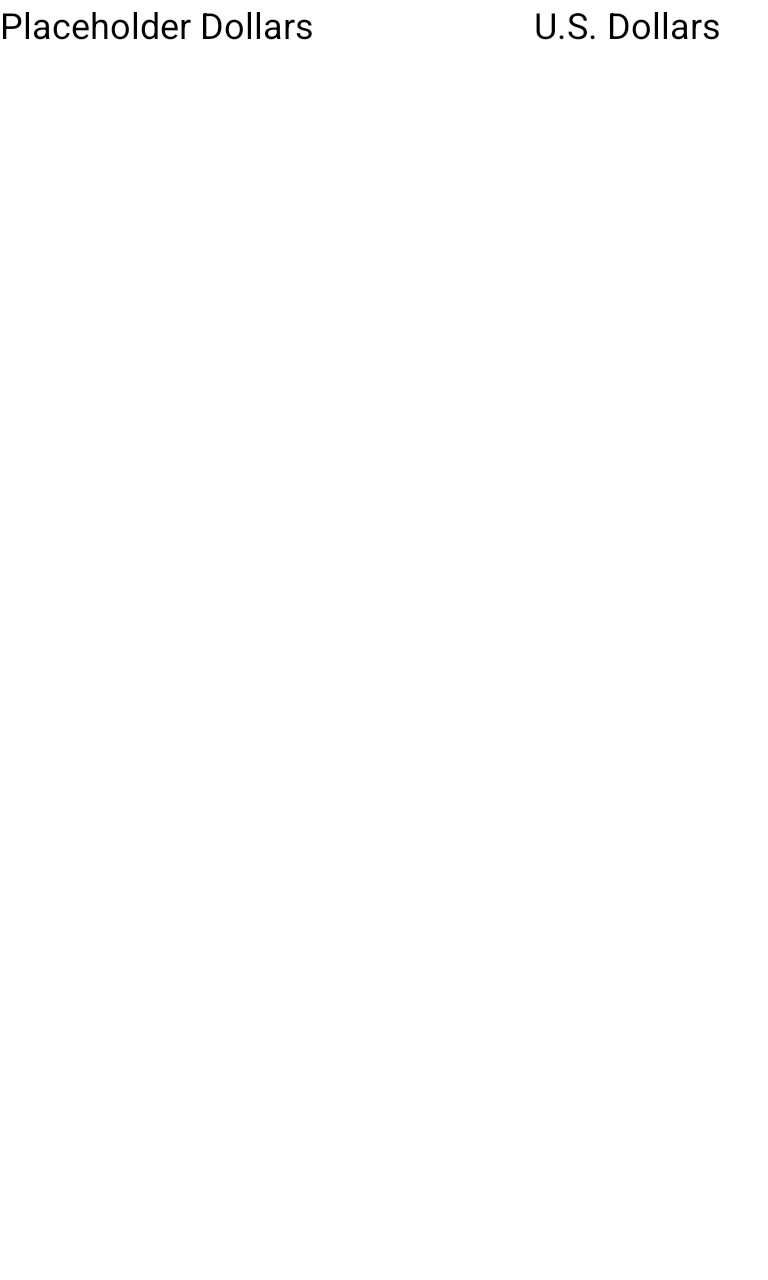
Repository: scottcaruso/mdf3_currencyconverter
Layout: CurrencyConverter/res/layout/activity_currency.xml
These files come from the project's save history. The layout is drawn as it stood at one moment and after the next save; the edit follows.
It is drawn on a 768 x 1280 px phone screen (xhdpi) without system bars, with theme AppTheme; the app's code is not run.

Above is the layout before, as saved 2013-09-06 03:46:55.

### CurrencyConverter/res/layout/activity_currency.xml
<LinearLayout xmlns:android="http://schemas.android.com/apk/res/android"
    xmlns:tools="http://schemas.android.com/tools"
    android:layout_width="match_parent"
    android:layout_height="match_parent" >

    <LinearLayout
        android:layout_width="wrap_content"
        android:layout_height="wrap_content"
        android:gravity="center"
        android:orientation="horizontal" >

	    <TextView
	        android:id="@+id/TextView01"
	        android:layout_width="wrap_content"
	        android:layout_height="wrap_content"
	        android:layout_marginRight="110dp"
	        android:text="@string/placeholder_dollars"
	        android:textAppearance="?android:attr/textAppearanceMedium" />

	    <TextView
	        android:id="@+id/textView1"
	        android:layout_width="wrap_content"
	        android:layout_height="wrap_content"
	        android:layout_marginRight="20dp"
	        android:text="@string/u_s_dollars"
	        android:textAppearance="?android:attr/textAppearanceMedium" />
	</LinearLayout>

</LinearLayout>

### CurrencyConverter/res/values/strings.xml
<?xml version="1.0" encoding="utf-8"?>
<resources>

    <string name="app_name">Currency Converter</string>
    <string name="action_settings">Settings</string>
    <string name="hello_world">Hello world!</string>
    <string name="u_s_dollars">U.S. Dollars</string>
    <string name="placeholder_dollars">Placeholder Dollars</string>

</resources>

Loaded but not shown: CurrencyConverter/res/values/styles.xml (common file); CurrencyConverter/res/values-v11/styles.xml (common file); CurrencyConverter/res/values-v14/styles.xml (common file)

After the next save:
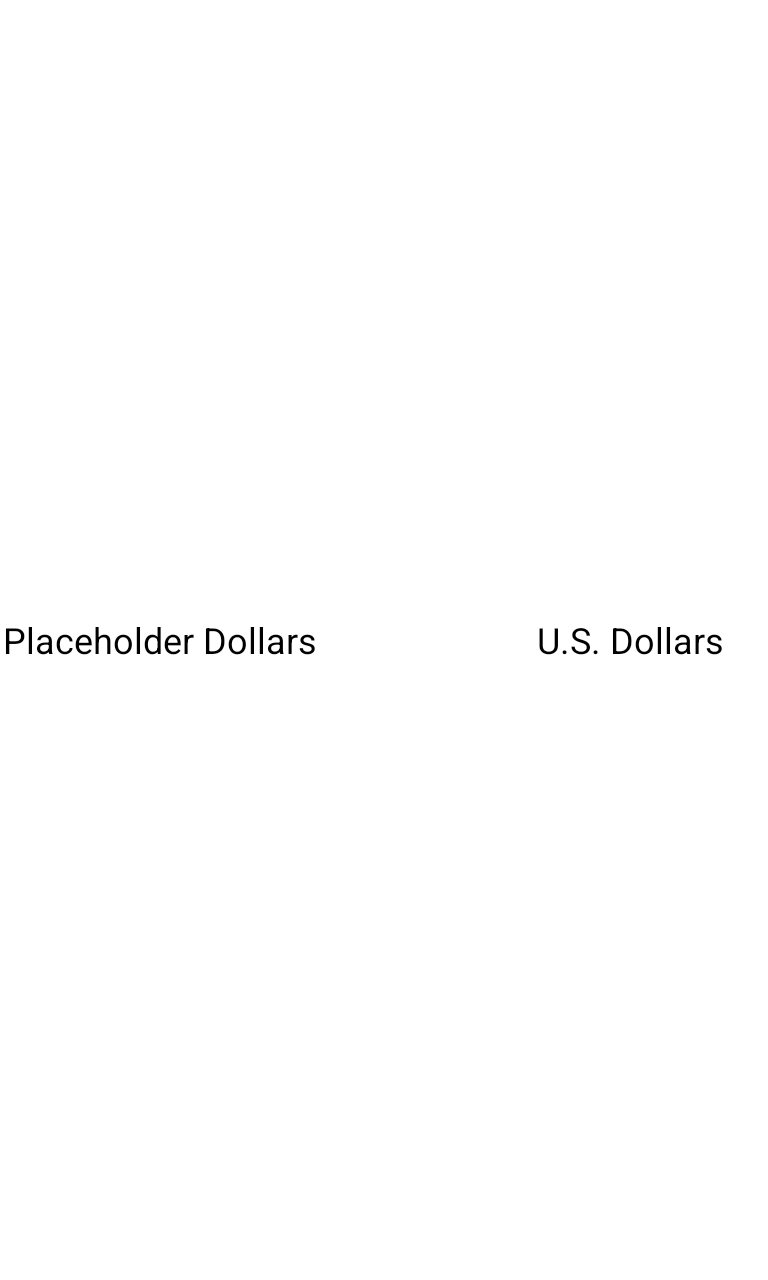
Saved 2 min 39 s later.
--- a/CurrencyConverter/res/layout/activity_currency.xml
+++ b/CurrencyConverter/res/layout/activity_currency.xml
@@ -1,7 +1,9 @@
 <LinearLayout xmlns:android="http://schemas.android.com/apk/res/android"
     xmlns:tools="http://schemas.android.com/tools"
     android:layout_width="match_parent"
-    android:layout_height="match_parent" >
+    android:layout_height="match_parent"
+    android:layout_gravity="center_horizontal"
+    android:gravity="center" >
 
     <LinearLayout
         android:layout_width="wrap_content"

After the 2 saves that followed:
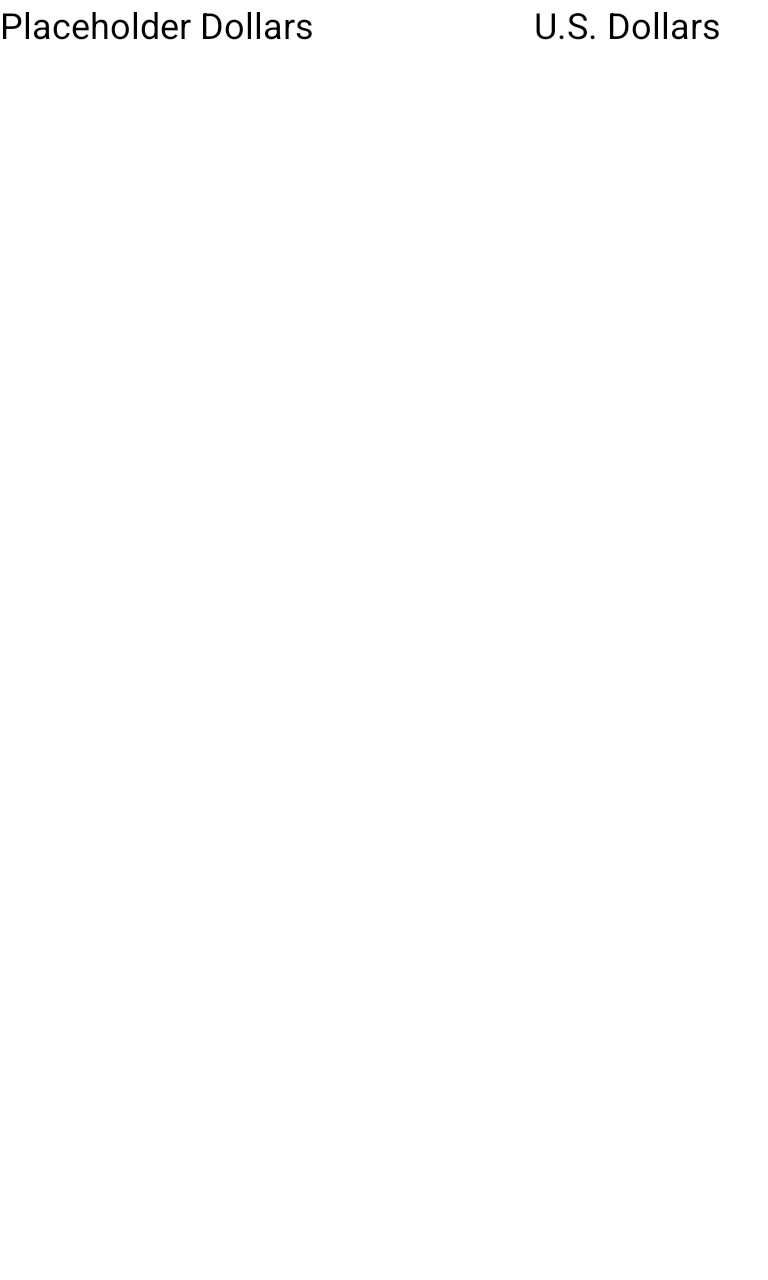
The 2 saves are shown as one change because 1 left the picture as it was.
The last was saved 21 s later.
--- a/CurrencyConverter/res/layout/activity_currency.xml
+++ b/CurrencyConverter/res/layout/activity_currency.xml
@@ -2,8 +2,7 @@
     xmlns:tools="http://schemas.android.com/tools"
     android:layout_width="match_parent"
     android:layout_height="match_parent"
-    android:layout_gravity="center_horizontal"
-    android:gravity="center" >
+    android:layout_gravity="center_horizontal" >
 
     <LinearLayout
         android:layout_width="wrap_content"
